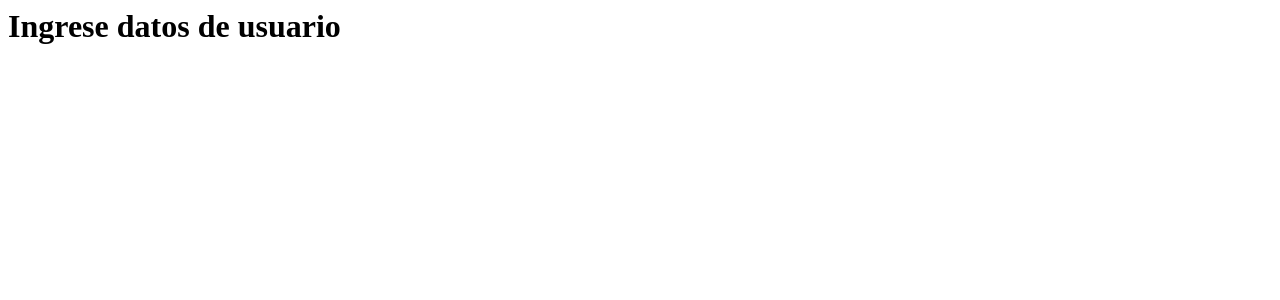
Repository: felipeps23/Java
Page: ProyectoServlet/src/main/webapp/WEB-INF/index.html
The author's editor kept a copy of each file at every save. The page is drawn from the files as they stood at one save, then again after the next save.
The browser window is 1280 px wide. The pictures show the whole page.

Above is the page before, as saved 2021-10-02 17:36:34.

After the next save:
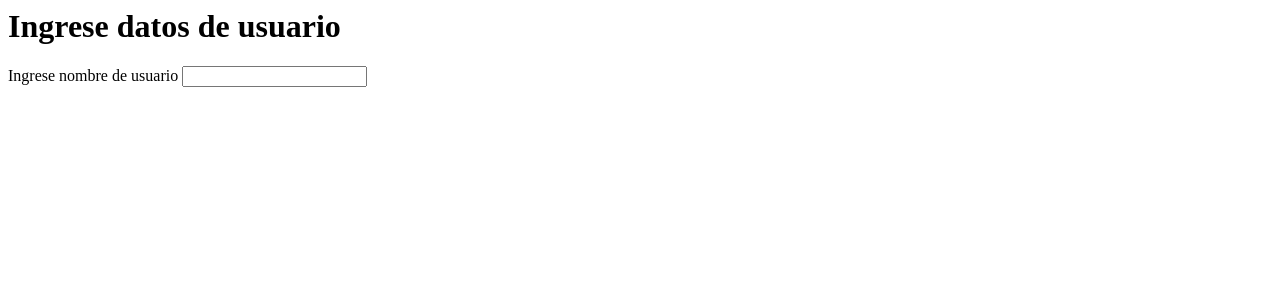
Saved 42 s later.
--- a/ProyectoServlet/src/main/webapp/WEB-INF/index.html
+++ b/ProyectoServlet/src/main/webapp/WEB-INF/index.html
@@ -7,6 +7,8 @@
 	<body>
 		<form action="RecuperaUser" method="post">
 			<h1>Ingrese datos de usuario</h1>
+			Ingrese nombre de usuario
+			<input type="text">
 		</form>
 	</body>
 </hmtl>
